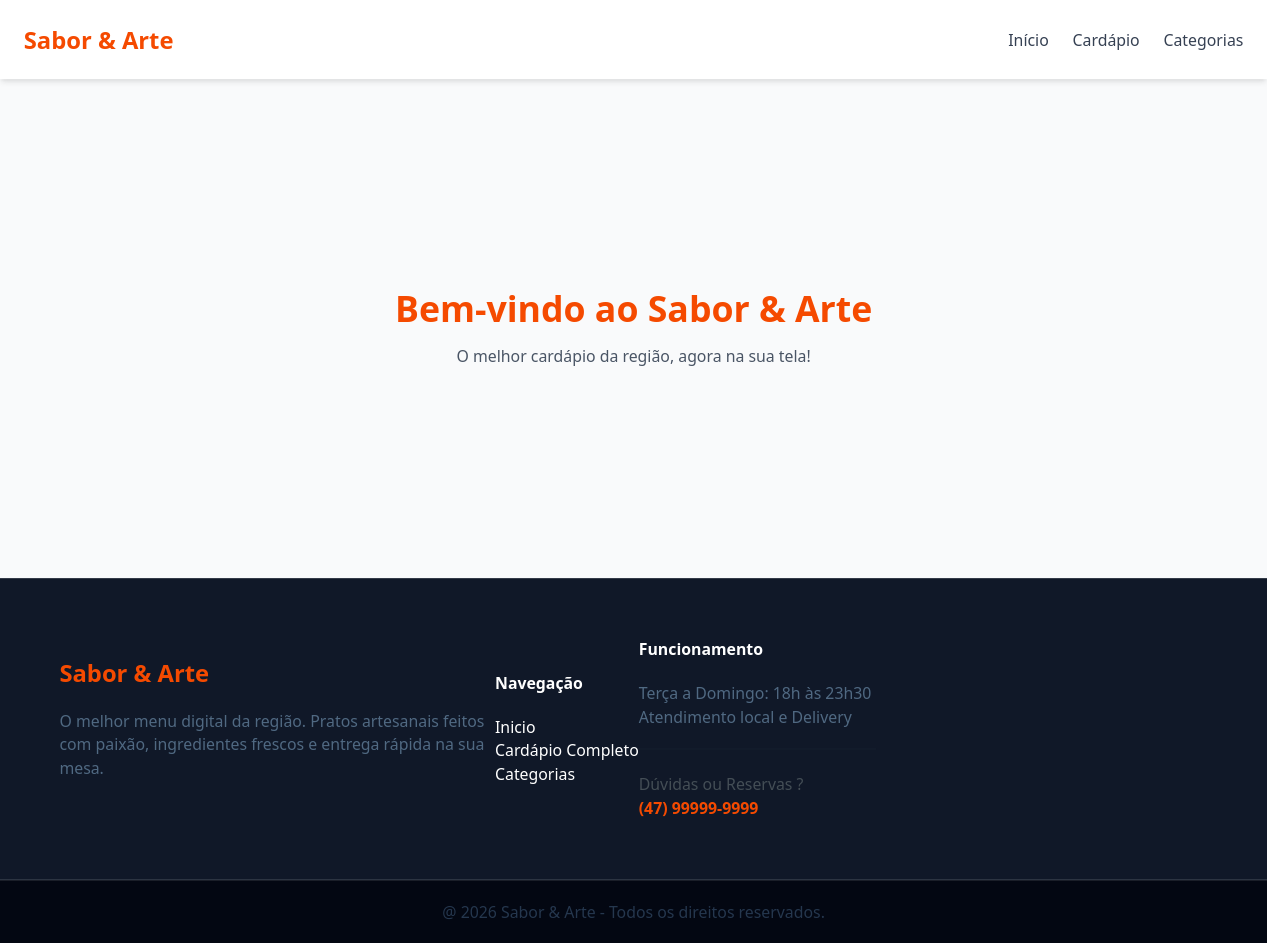
Repository: DiegoWWeege/pair-programming-next-js
Page: / (app in next-js-project/)
The author's editor kept a copy of each file at every save. The page is drawn from the files as they stood at one save, then again after the next save.
The browser window is 1280 px wide. The pictures show the whole page, at 99% of full size.
The project was rebuilt for these pictures with package versions that can differ from the ones it lists, and the page was loaded fresh each time. The framework's server and built-in components were replaced by stand-ins that run in the browser. Also part of the build but not shown: next-js-project/next.config.ts.

Above is the page before, as saved 2026-09-18 19:03:34.

After the next save:
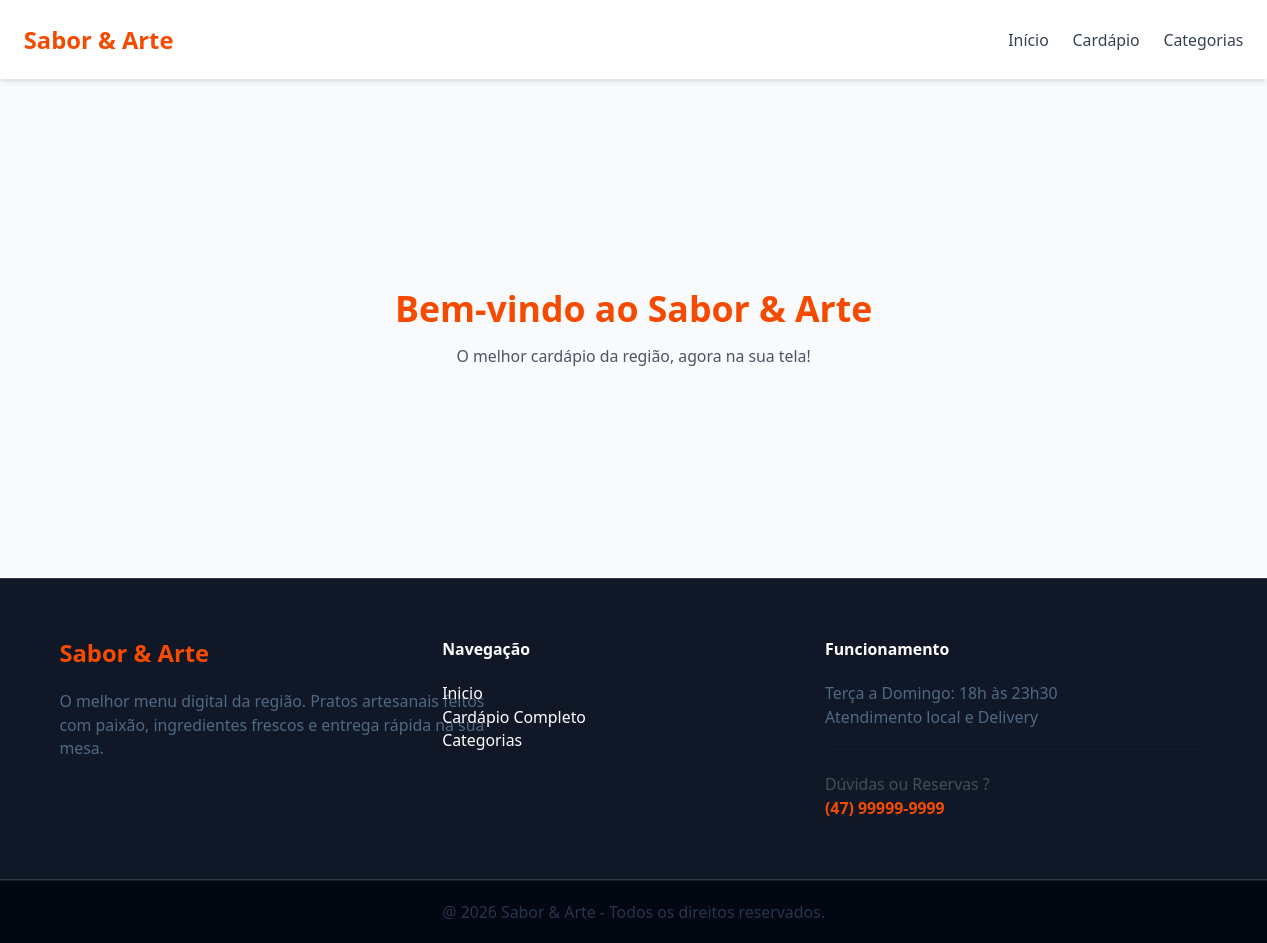
Saved 17 s later.
--- a/next-js-project/src/components/Footer.tsx
+++ b/next-js-project/src/components/Footer.tsx
@@ -5,7 +5,7 @@ export default function Footer(){
     return(
 
         <footer>
-           <div className="flex flex-cols-3 items-center space-around bg-[#101828] p-15">
+           <div className="grid grid-cols-3 bg-[#101828] p-15">
                 <div>
                     <h2 className="font-bold text-orange-600 text-2xl mb-5 ">
                         Sabor & Arte
